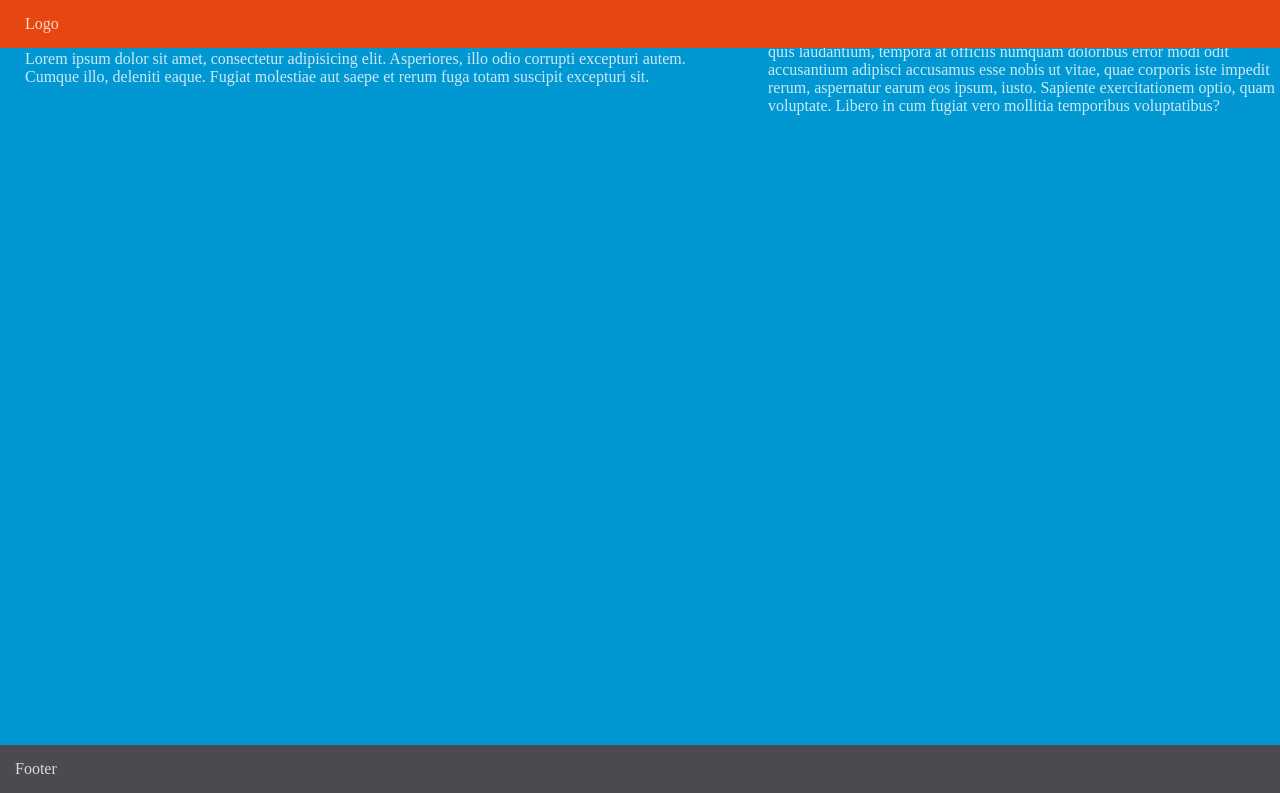
Repository: meghdadyazdi/Media-queries-test
Page: Mini Project/index.html
The author's editor kept a record of every edit. The page is drawn from the files as they stood at one moment, then again after the next edit.
The browser window is 1280 px wide. The pictures show the whole page.

Above is the page before.

After the next edit:
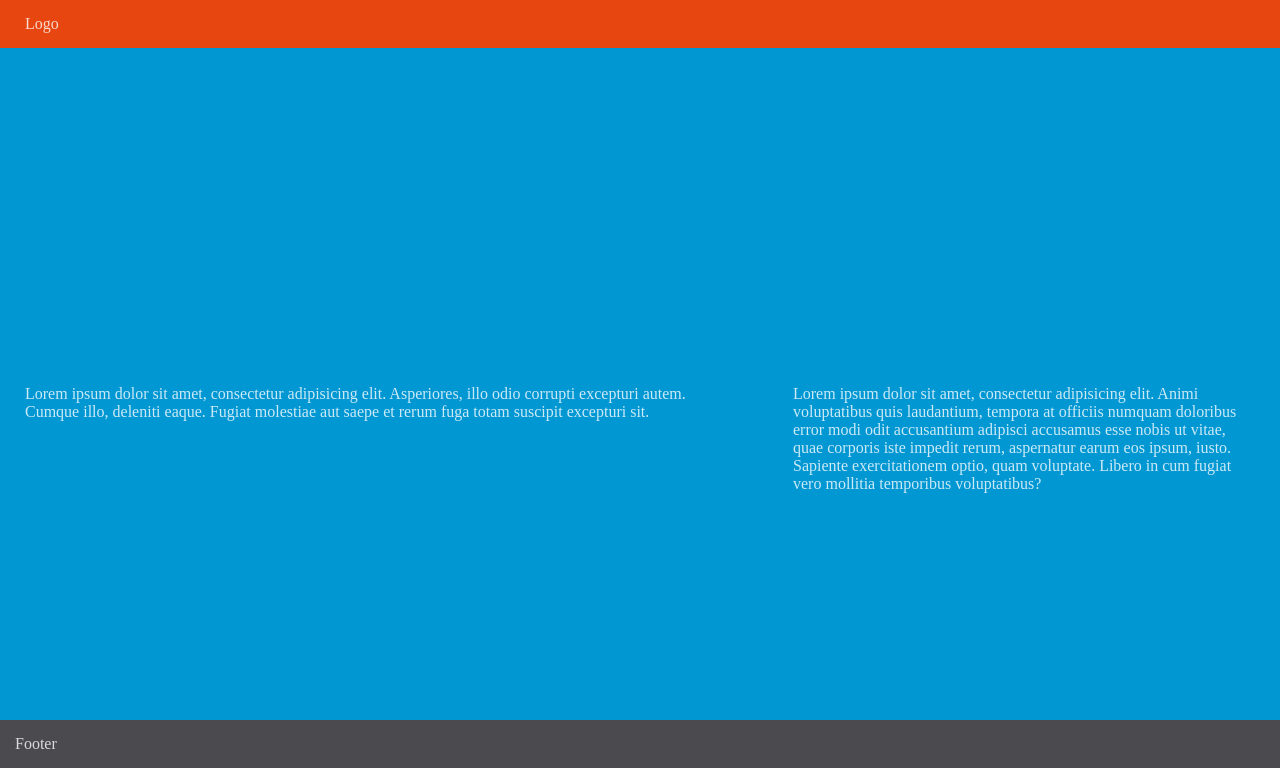
The edit:
--- a/Mini Project/index.html
+++ b/Mini Project/index.html
@@ -14,14 +14,18 @@
     </header>
 
     <section class="section">
-        <article class="article column column-60">
+        <div class="vcenter">
+            <article class="article column column-60">
             <p class="section-paragraph">
                 Lorem ipsum dolor sit amet, consectetur adipisicing elit. Asperiores, illo odio corrupti excepturi autem. Cumque illo, deleniti eaque. Fugiat molestiae aut saepe et rerum fuga totam suscipit excepturi sit.
             </p>
         </article>
-        <aside class="aside column column-40"></aside>
-        <p class="section-paragraph"></p>
+        <aside class="aside column column-40">
+            <p class="section-paragraph">
             Lorem ipsum dolor sit amet, consectetur adipisicing elit. Animi voluptatibus quis laudantium, tempora at officiis numquam doloribus error modi odit accusantium adipisci accusamus esse nobis ut vitae, quae corporis iste impedit rerum, aspernatur earum eos ipsum, iusto. Sapiente exercitationem optio, quam voluptate. Libero in cum fugiat vero mollitia temporibus voluptatibus?
+            </p>
+        </aside>
+        </div>
     </section>
 
     <footer class="footer">
